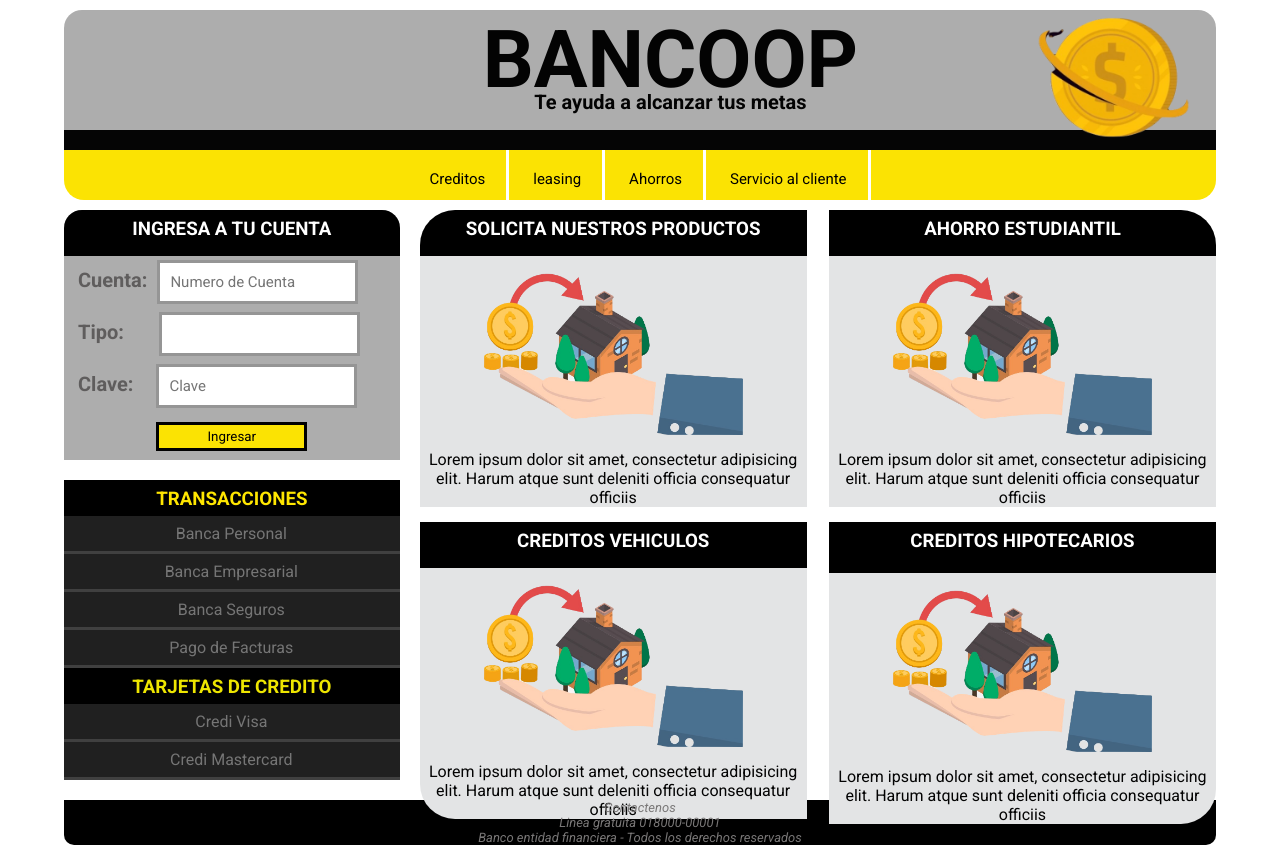
Repository: NickArregoces/BANCOOP
Page: Index.html
These files come from the project's save history. The page is drawn as it stood at one moment and after the next save; the edit follows.
The browser window is 1280 px wide. The pictures show the whole page.

Above is the page before, as saved 2021-10-04 18:01:36.

After the next save:
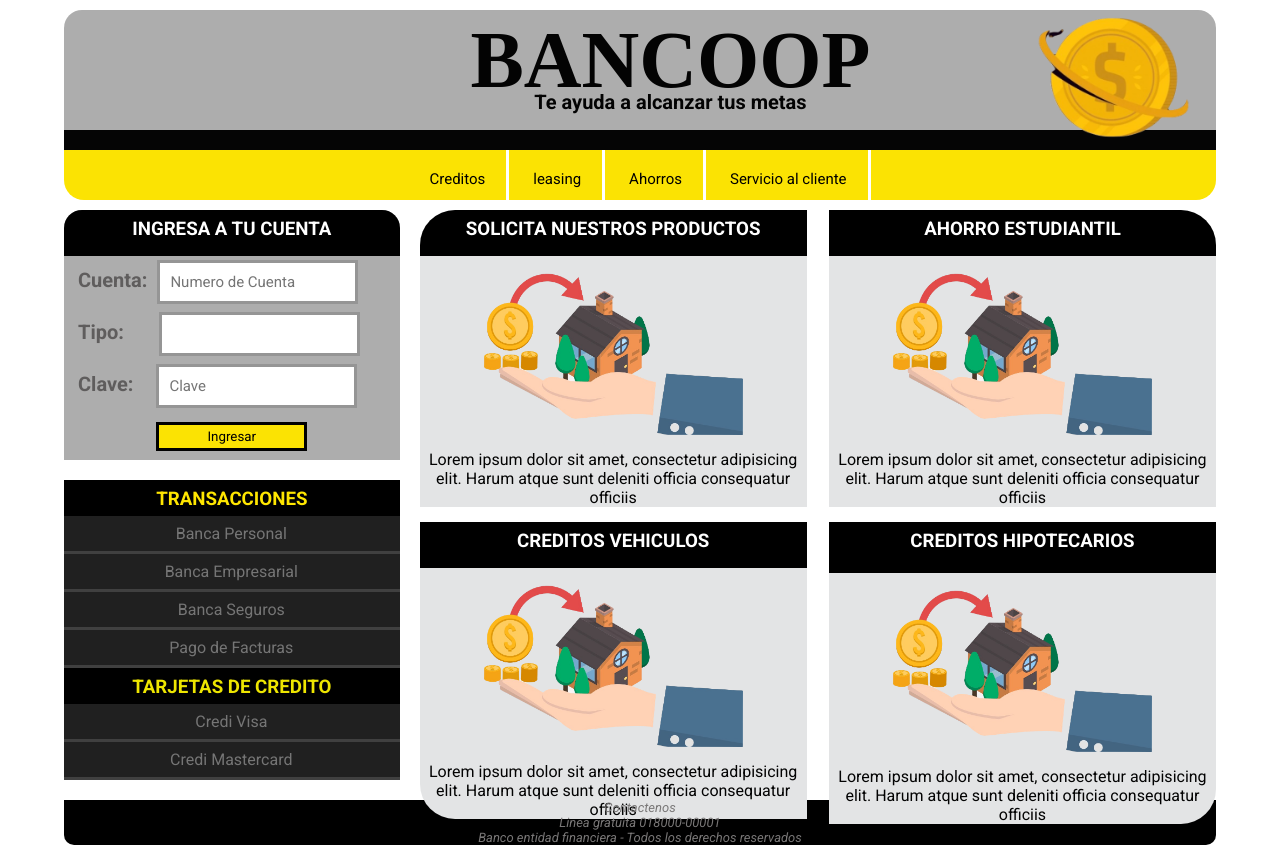
Saved 80 s later.
--- a/CSS/Style.css
+++ b/CSS/Style.css
@@ -29,6 +29,7 @@ header{
         margin-top: 20px;
     }
     header h1{
+        font-family: 'Abril Fatface', cursive;
         font-size: 80px;
         text-align: center;
         line-height: 60px;
